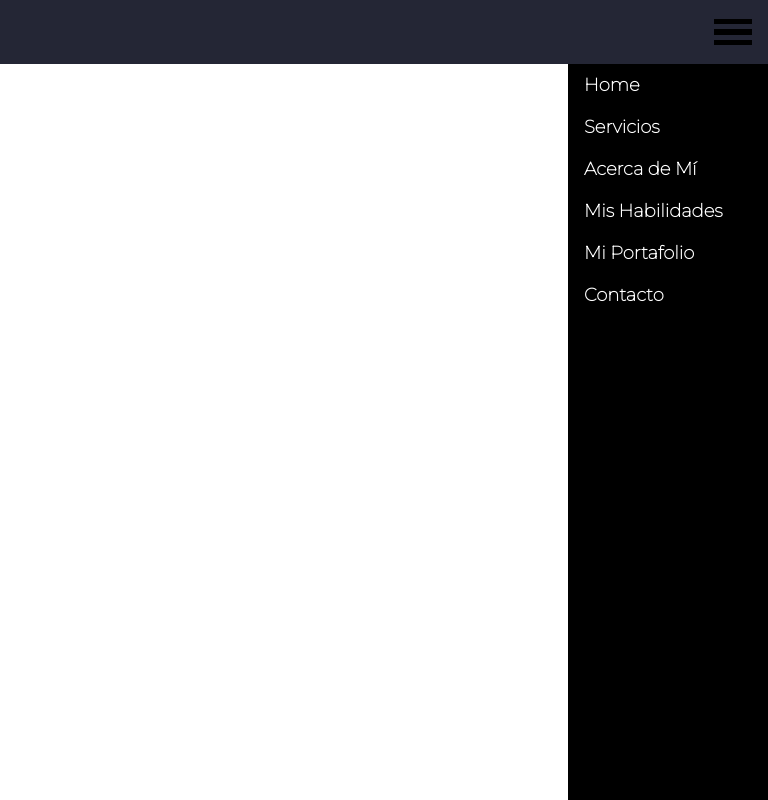
Repository: RobertAries28/PortafolioRobertEscalanteGomez2022
Page: index.html
An editor plug-in stored every save of this project. The page is shown before and after the next save, followed by the edit.
The browser window is 768 px wide. The pictures show the whole page.

Above is the page before, as saved 2022-02-12 01:09:36.

### index.html
<!DOCTYPE html>
<html lang="en">
<head>
    <meta charset="UTF-8">
    <meta http-equiv="X-UA-Compatible" content="IE=edge">
    <meta name="viewport" content="width=device-width, initial-scale=1.0">
    <link rel="preconnect" href="https://fonts.googleapis.com">
<link rel="preconnect" href="https://fonts.gstatic.com" crossorigin>
<link href="https://fonts.googleapis.com/css2?family=Montserrat:wght@100&display=swap" rel="stylesheet">
    <link rel="stylesheet" href="estilos.css">
    <title>Document</title>
</head>
<body>
    <header class="main-header">
        <div class="l-container">

        <div class="main-menu-toggle" id="main-menu-toggle"></div>
             <nav class="main-nav" id="main-nav">
                 <ul class="main-menu">
                       <li class="main-menu__item">
                           <a class="main-menu__link" href="#">
                              Home
                           </a>
                       </li>

                       <li class="main-menu__item">
                         <a class="main-menu__link" href="#">
                           Servicios
                         </a>
                       </li>

                       <li class="main-menu__item">
                        <a class="main-menu__link" href="#">
                          Acerca de Mí
                        </a>
                       </li>


                     <li class="main-menu__item">
                         <a class="main-menu__link" href="#">
                           Mis Habilidades
                         </a>
                     </li>

                     <li class="main-menu__item">
                        <a class="main-menu__link" href="#">
                         Mi Portafolio
                        </a>
                    </li>

                    <li class="main-menu__item">
                        <a class="main-menu__link" href="#">
                         Contacto
                        </a>
                    </li>


                 </ul>
             </nav>
        </div>
     </header>
    <script src="javascript.js"></script>
</body>
</html>

### estilos.css
body{
    margin: 0;
}

.main-header{
    height: 4rem;
    background: #242635;


}
.l-container{
    max-width: 100%;
    padding-left: 1rem;
    padding-right: 1rem;
    display: flex;
    justify-content: space-between;
    align-items: center;

    height: 100%;
    color: white;

}
.main-menu{
    margin-top: 0;
    margin-bottom: 0;
    padding-left: 0;
    list-style: none;
    display: flex;
}

.main-menu li{
    padding: 0 20px;
}

a{
  text-decoration: none;
  color: white;
  font-family: 'Montserrat', sans-serif;
  font-size: 18px;
  font-weight: bold;
}



@media screen and ( max-width: 768px){



.main-menu__item{
    padding: .5rem 0 .5rem 1rem
}

.main-menu__link{
    color: white;
    margin-left: 1rem;
}



.main-nav{
    position: fixed;
    height: calc(100vh - 4rem);
    width: 200px;
    background: black;
    top: 4rem;
    right: 0px;




}

.main-menu{
    flex-direction: column;
}

.main-menu li{
    padding: 10px 0;
}



.show{
left: 0px;
transition-duration: 1s;
transition-timing-function:ease-in-out

}

 :not(.show){
     transition-duration: 1s;
  transition-timing-function: ease-in
 }


.main-menu-toggle{
    width: 2.4rem;
    margin-left: calc(100% - 38.4px);
    height: 1.6rem;
    background: linear-gradient(black 20%, transparent 20%, transparent 40%, black 40%, black 60%, transparent 60%, transparent 80%, black 80%);
    cursor: pointer;

}
}

### javascript.js
 const showMenu = (toggleId, navId) =>{
               const toggle = document.getElementById(toggleId),
               nav = document.getElementById(navId)

               if(toggle && nav){
                   toggle.addEventListener('mouseover' , ()=>{
                       nav.classList.toggle('show')
                   })



               }

               if(toggle && nav){
                   toggle.addEventListener('mouseout' , ()=>{
                       nav.classList.toggle('show')
                   })



               }



           }
           showMenu('main-menu-toggle','main-nav')

After the next save:
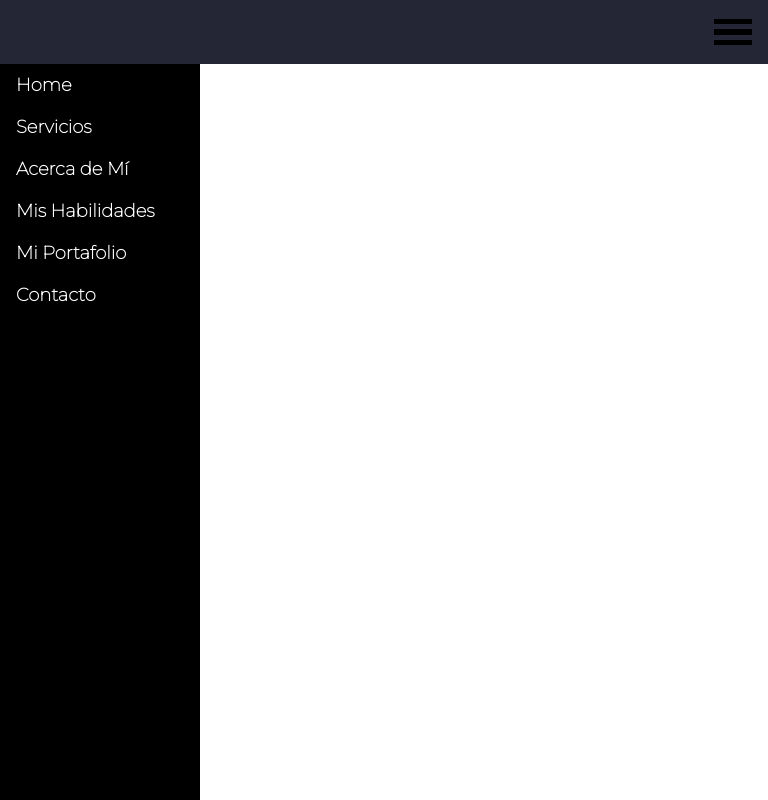
Saved 33 s later.
--- a/estilos.css
+++ b/estilos.css
@@ -63,7 +63,7 @@
     width: 200px;
     background: black;
     top: 4rem;
-    right: 0px;
+    left: 0px;
 
 
 

After the save that followed:
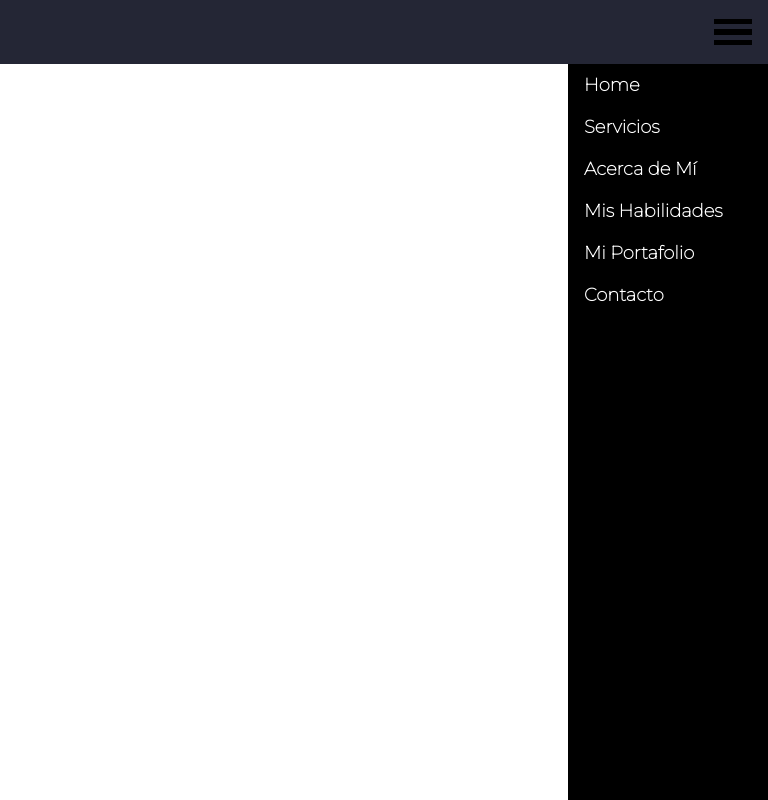
Saved 15 s later.
--- a/estilos.css
+++ b/estilos.css
@@ -63,7 +63,7 @@
     width: 200px;
     background: black;
     top: 4rem;
-    left: 0px;
+    right: 0px;
 
 
 
